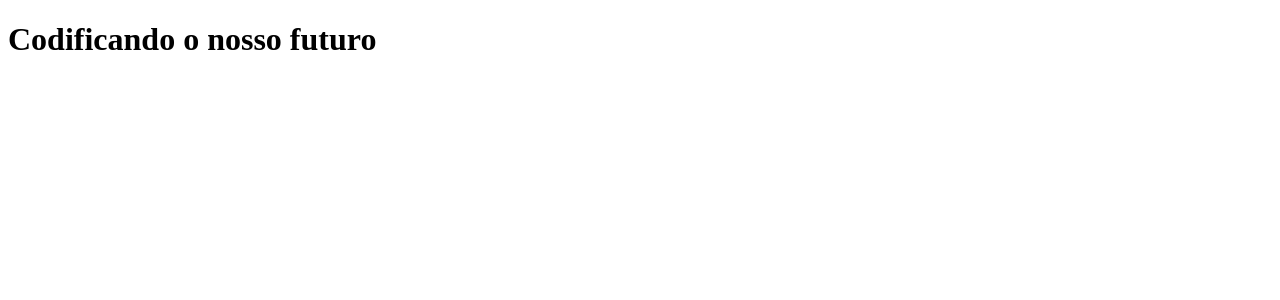
Repository: Caiquedev123/Sites
Page: index.html
An editor plug-in stored every save of this project. The page is shown before and after a run of saves, followed by the edit.
The browser window is 1280 px wide. The pictures show the whole page.

Above is the page before, as saved 2024-07-22 13:43:34.

After the next 6 saves:
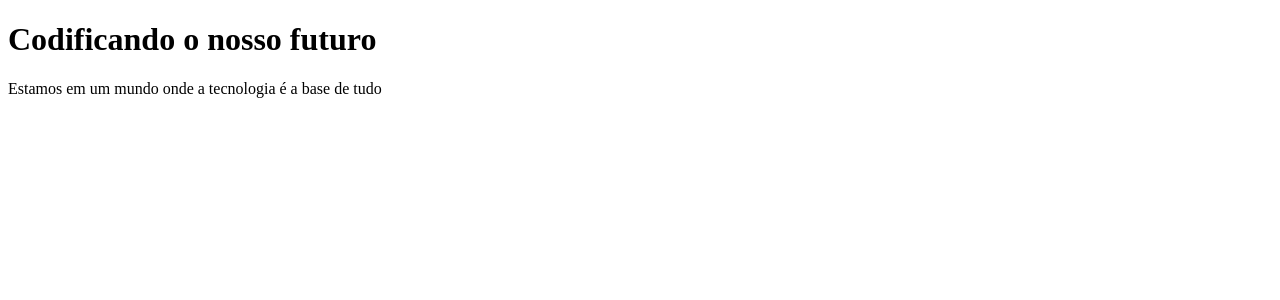
The 6 saves are shown as one change because they came seconds apart.
The last was saved 24 s later.
--- a/index.html
+++ b/index.html
@@ -7,6 +7,6 @@
 </head>
 <body>
     <h1>Codificando o nosso futuro</h1>
-
+    <p>Estamos em um mundo onde a tecnologia é a base de tudo</p>
 </body>
 </html>
